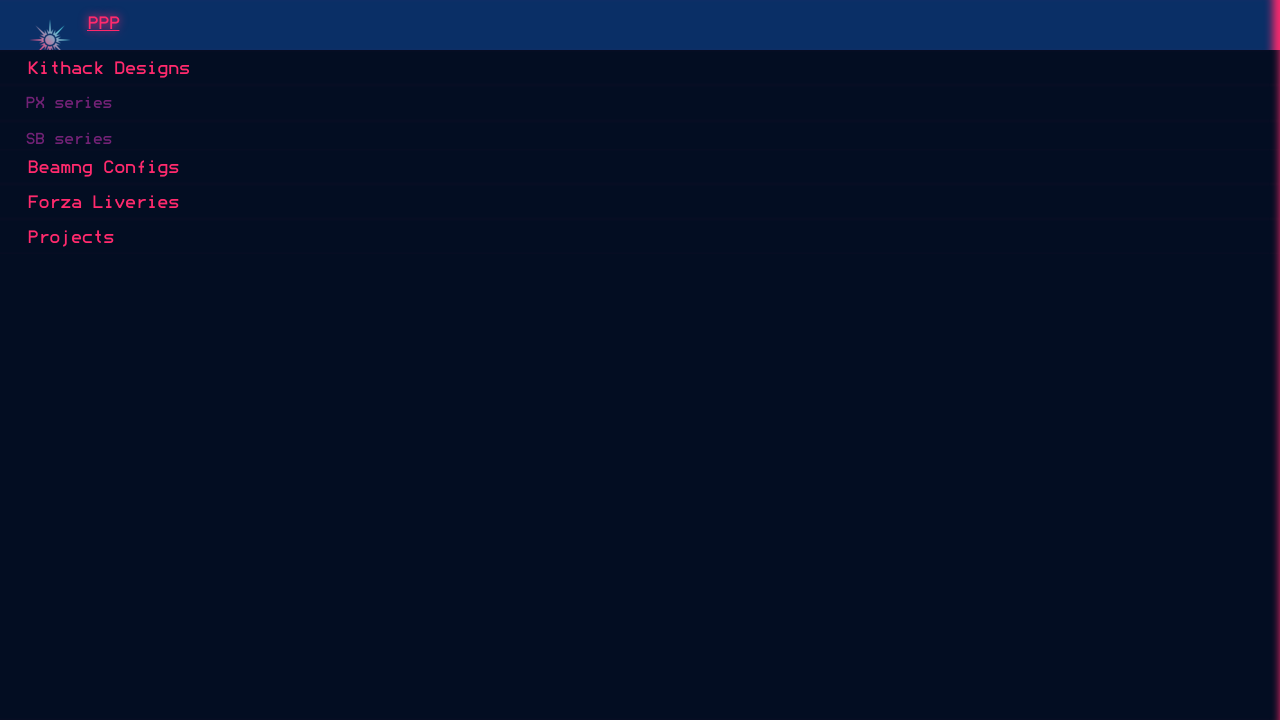
Repository: Pamishly/PamishlysPlayPlace
Page: navbar.html
An editor plug-in stored every save of this project. The page is shown before and after the next save, followed by the edit.
The browser window is 1280 px wide. The pictures show the whole page.

Above is the page before, as saved 2024-09-11 21:16:12.

### navbar.html

<ul>
    <input type="radio" name="menu" id="ppp">
    <li class="sitename">
        <a href="./homepage.html"  target="_top"><label for="edit" class="title"><i class="fa fa-ppp"></i><img src="./logo.png">PPP</label></a>
    </li>
    <input type="radio" name="menu" id="kithack" checked>
    <li>
        <label for="kithack" class="title"><i class="fa fa-kithack"></i>Kithack Designs</label>
        <a  class="sidebutton" href="./KitHackHTML/PXseries.html" target="_top">PX series</a>
        <a  class="sidebutton" href="./KitHackHTML/SBseries.html" target="_top">SB series</a>
    </li>
    <input type="radio" name="menu" id="beamng">
    <li>
        <label for="beamng" class="title"><i class="fa fa-beamng" target="_top"></i>Beamng Configs</label>
        <a class="sidebutton" href="./BeamngHTML/dune-builds.html" target="_top">Dune Builds</a>
        <a class="sidebutton" href="./BeamngHTML/street-builds.html" target="_top">Street Builds</a>
        <a class="sidebutton" href="./BeamngHTML/derby-builds.html" target="_top">Derby Builds</a>
        <a class="sidebutton" href="./BeamngHTML/speed-builds.html" target="_top">Top Speed Builds</a>
    </li>
    <input type="radio" name="menu" id="preferences">
    <li>
        <label for="preferences" class="title"><i class="fa fa-gears"></i>Forza Liveries</label>
        <a class="sidebutton" href="./ForzaHTML/Horizon5.html" target="_top">Horizon 5</a>
    </li>
    <input type="radio" name="menu" id="projects">
    <li>
        <label for="projects" class="title"><i class="fa fa-projects"></i>Projects</label>
        <a class="sidebutton" href="./ProjectsHTML/PiProjects.html" target="_top">Pi Projects</a>
    </li>
</ul>

<link rel="stylesheet" href="main.css">

### main.css
* {
	margin: 0;
	padding: 0;
	box-sizing: border-box;
}
body {
	font-family: Headers;
    background-color: #030D22;
    box-shadow: inset -8px 0 8px -8px #ff2a6d;
}
@font-face {
	font-family: Headers;
	src: url("Modenine-2OPd.ttf");
	font-weight: bold;
}
.container {
	width: 100%;
	height: 100%;
}
nav {
	position: fixed;
	display: flex;
	align-items: flex-start;
	width: 12%;
	height: 100%;
	background-color: #111;
}
main {
	position: fixed;
	right: 0;
	width: 88.1%;
	height: 100%;
	background: url("Background.png");
	overflow: auto;
	padding: 40px;
    color: cyan;
}
h1 {
	font-weight: bold;
	margin-bottom: 50px;
	font-size: 55px;
	text-align: center;
    color: cyan;
}
p {
	margin-bottom: 20px;
	line-height: 26px;
    font-size: 24px;
    text-align: center;
    color: cyan;
}
li, ul label.title, ul, a {
	width: 100%;
	color: #ff2a6d;
	font-family: Headers;
	display: block;
	font-weight: bold;
}
ul label {
	height: 35px;
    box-shadow: inset -8px 0 8px -8px #ff2a6d;
}
ul li{
	height: 35px;
	overflow: hidden;
	transition: all .3s;
}
li {
	display: block;
	background:#030D22;
}
label.title {
    text-align: left;
	font-size: 18px;
	background:#030D22;
	padding: 10px 15px;
	cursor: pointer;
    transition: all .25s;
    overflow: hidden;
}
.sidebutton{
	font-size: 16px;
	text-decoration: none;
	color: #722276;
	display: block;
	padding: 10px 25px;
	transition: all .25s;
    box-shadow: inset -8px 0 8px -8px #ff2a6d;
	font-family: Headers;
}
.sidebutton:hover {
    box-shadow: inset -15px 0 8px -8px #ff2a6d;
	text-shadow: 0px 0px 10px #ff2a6d;
	background: #0A2F66;
	color: #FF23BC;
}
label:hover {
	text-shadow: 0px 0px 10px #ff2a6d;
	background: #0A2F66;
    box-shadow: inset -15px 0 8px -8px #ff2a6d;
}
input[type="radio"] {
	display: none;
}
.sitename{
	height:50px;
}
.sitename label {
	height: 50px;
	padding: 15px 25px;
}
.sitename img{
	float:left;
}
#ppp:checked + li {
	height: 0px;
}
#preferences:checked + li {
    height: 67px;
}
#beamng:checked + li {
    height: 163px;
}
#kithack:checked + li {
    height: 99px;
}
#projects:checked + li {
    height: 67px;
}
i {
	margin-right: 12px;
}
@media screen and (max-width: 600px){
	nav {
		width: 100%;
		position: relative;
	}
	main {
		width: 100%;
		position: relative;
	}
}
.card{
    position: relative;
    display: flex;
    flex-flow: column nowrap;
    width: 350px;
    height: 550px;
    border: solid cyan;
    text-align: center;
    margin: 15px;
	text-decoration: none;
	font-weight: unset;
	font-family: monospace;
	color: cyan;
}
.cardcontainer{
    display: flex;
    flex-flow: row wrap;
    align-content: space-around;
    justify-content: center;
    width:75%;
    margin-left: 12.5%;
}
.card img{
    width: auto;
    align-content: flex-start;
    justify-content: center;
}
.card p{
    padding: 15px;
    align-content: center;
    justify-content: center;
	margin-bottom: 20px;
	line-height: 26px;
    font-size: 24px;
    text-align: center;
    color: cyan;
}
.card:hover{
	background:#00aeff2c;
}
.card > h3{
	font-size: 24px;
	font-family: Headers;
}
iframe{
	width:100%;
	height:100%;
}
iframe[seamless]{
    background-color: transparent;
    border: 0px none transparent;
    padding: 0px;
    overflow: hidden;
}
.dwn-button{
	position: relative;
    display: flex;
    flex-flow: column nowrap;
    width: 150px;
    height: 70px;
    border: solid cyan;
    text-align: center;
    margin: 15px;
	font-weight: unset;
	font-family: monospace;
	color: cyan;
    left: 50%;
    transform: translate(-61%,100%);
}
.dwn-button:hover {
    background: darkcyan;
}
.dwn-button p{
	padding-top: 15px;
}
.information{
	display: flex;
	flex-flow: column nowrap;
}
.information p {
	margin-bottom: 20px;
	line-height: 26px;
    font-size: 24px;
	justify-content: center;
    color: cyan;
}
.information img {
	width: 600px;
	border: cyan 5px solid;
	align-self: center;
}
.information h1 {
	justify-content: center;
}
.main {
    -ms-overflow-style: none;  /* Internet Explorer 10+ */
    scrollbar-width: none;  /* Firefox */
}
.main::-webkit-scrollbar {
    display: none;  /* Safari and Chrome */
}

After the next save:
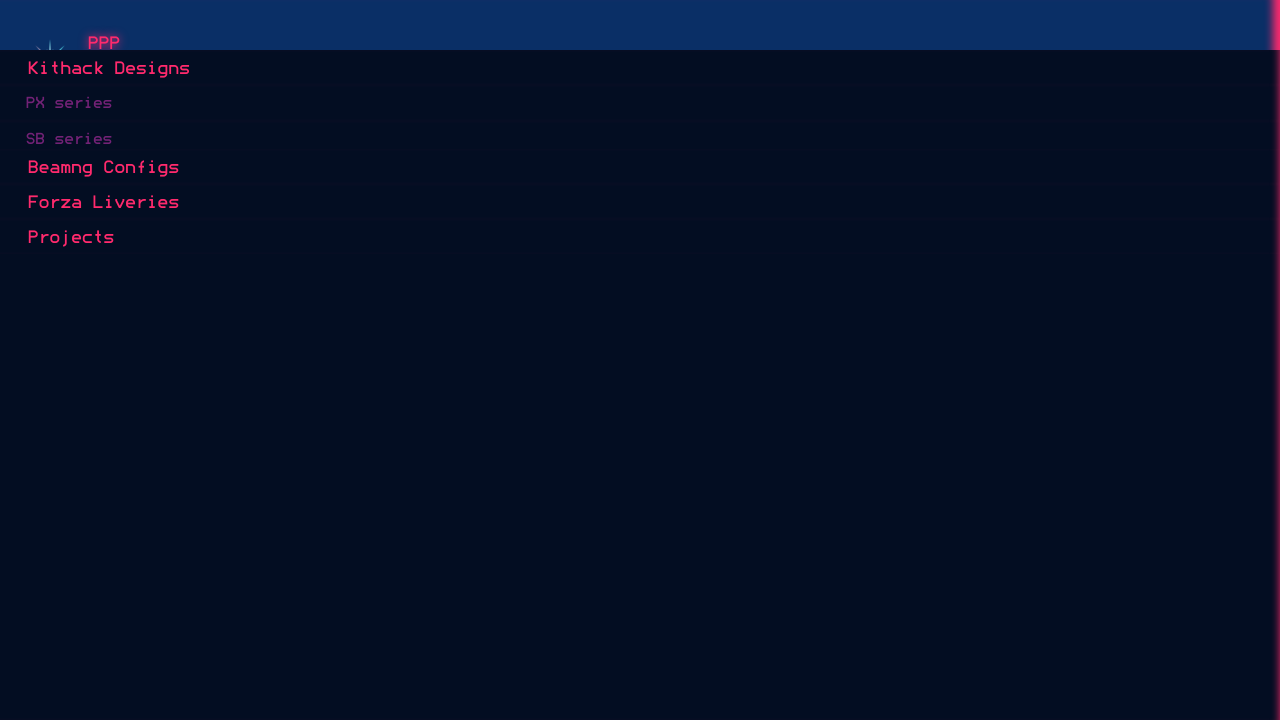
Saved 6 s later.
--- a/main.css
+++ b/main.css
@@ -107,7 +107,7 @@
 }
 .sitename label {
 	height: 50px;
-	padding: 15px 25px;
+	padding: 35px 25px;
 }
 .sitename img{
 	float:left;
